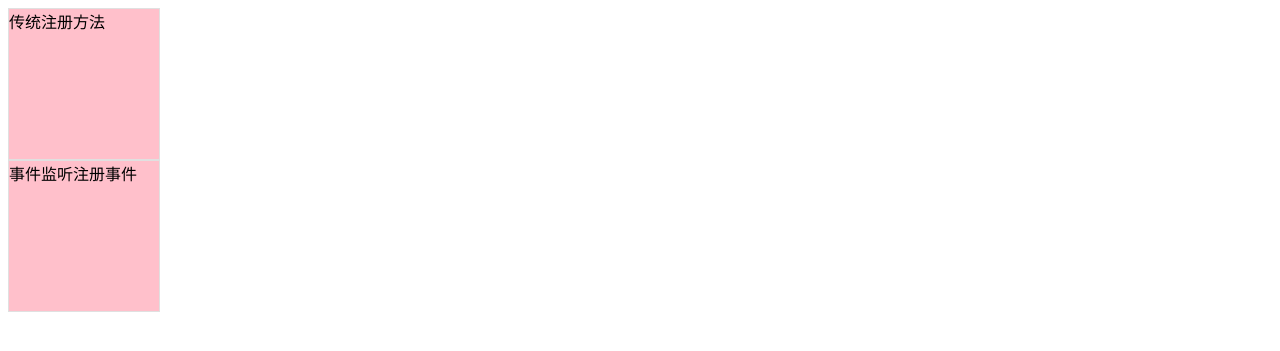
Repository: Sky0258/study
Page: js/注册移除事件.html
These files come from the project's save history. The page is drawn as it stood at one moment and after the next save; the edit follows.
The browser window is 1280 px wide. The pictures show the whole page.

Above is the page before, as saved 2022-09-11 21:31:56.

After the next save:
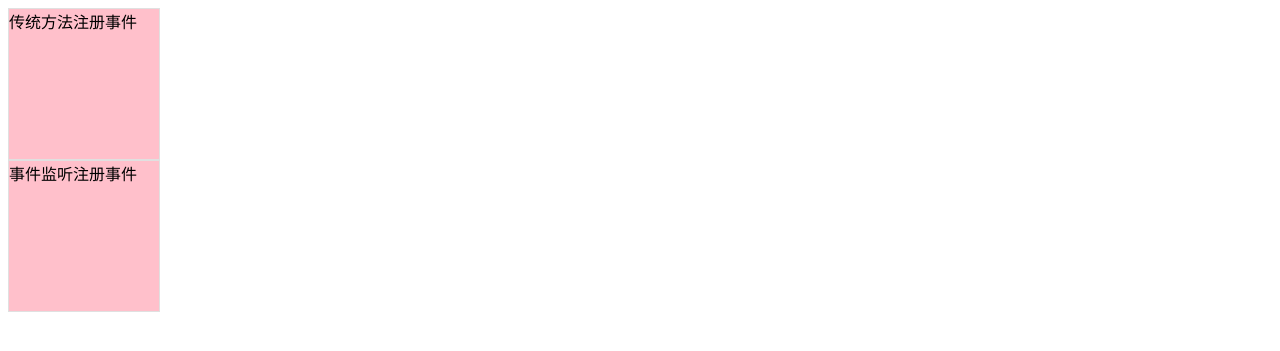
Saved 72 s later.
--- a/js/注册移除事件.html
+++ b/js/注册移除事件.html
@@ -15,15 +15,17 @@
     }
 </style>
 <body>
-    <div>传统注册方法</div>
+    <div>传统方法注册事件</div>
     <div>事件监听注册事件</div>
 </body>
 <script>
     var divs = document.querySelectorAll('div');
 
-    // 传统注册方法
+    // 传统方法注册事件
     divs[0].onclick = function() {
         alert('111');
     }
+    // 传统方法删除事件
+    divs[0].onclick = null;
 </script>
 </html>
